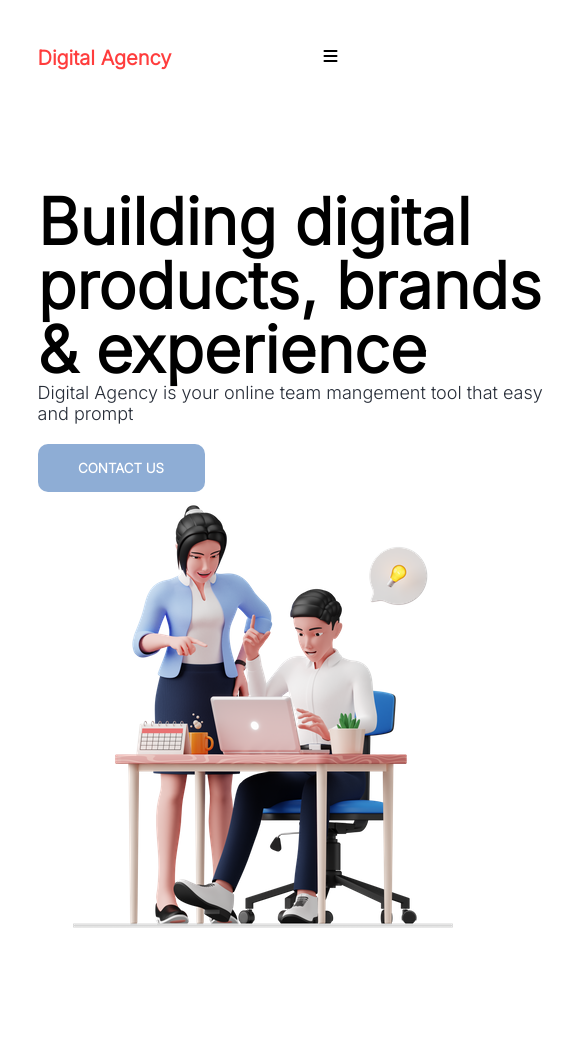
Repository: ThuatDev/fullstack_devc
Page: index.html
These files come from the project's save history. The page is drawn as it stood at one moment and after the next save; the edit follows.
The browser window is 375 px wide. The page is 578 px wide, so the pictures cover 578 px, including what lies to the right of the window. The pictures show the whole page.

Above is the page before, as saved 2022-11-09 17:38:34.

After the next save:
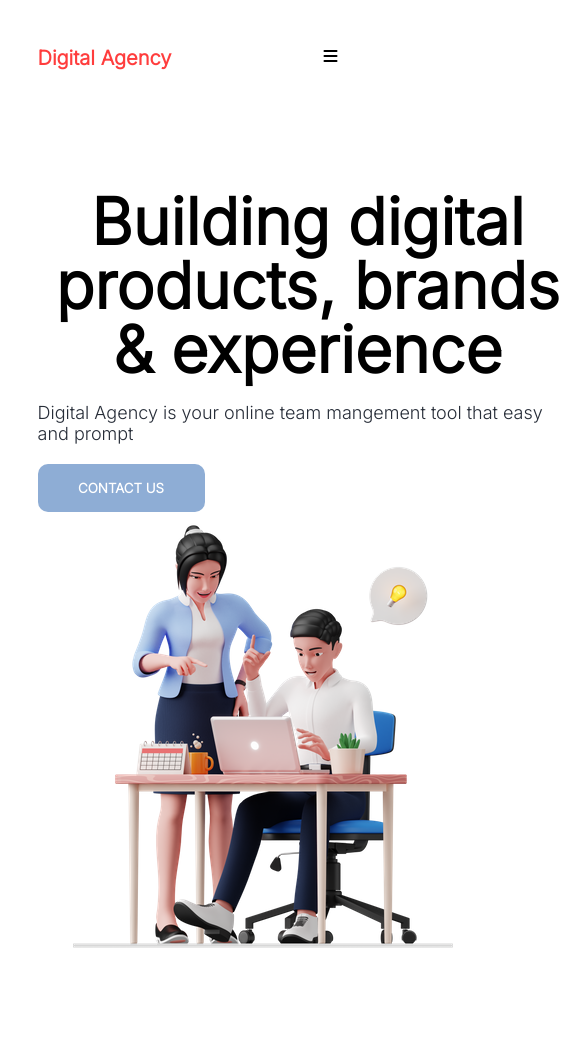
Saved 19 s later.
--- a/reposive.css
+++ b/reposive.css
@@ -26,7 +26,7 @@
     /* justify-content: center;
     align-items: center; */
   }
-  .h-section .h-section__left h1 {
+  .h-section .h-section__left h2 {
     text-align: center;
     margin-bottom: 20px;
   }
